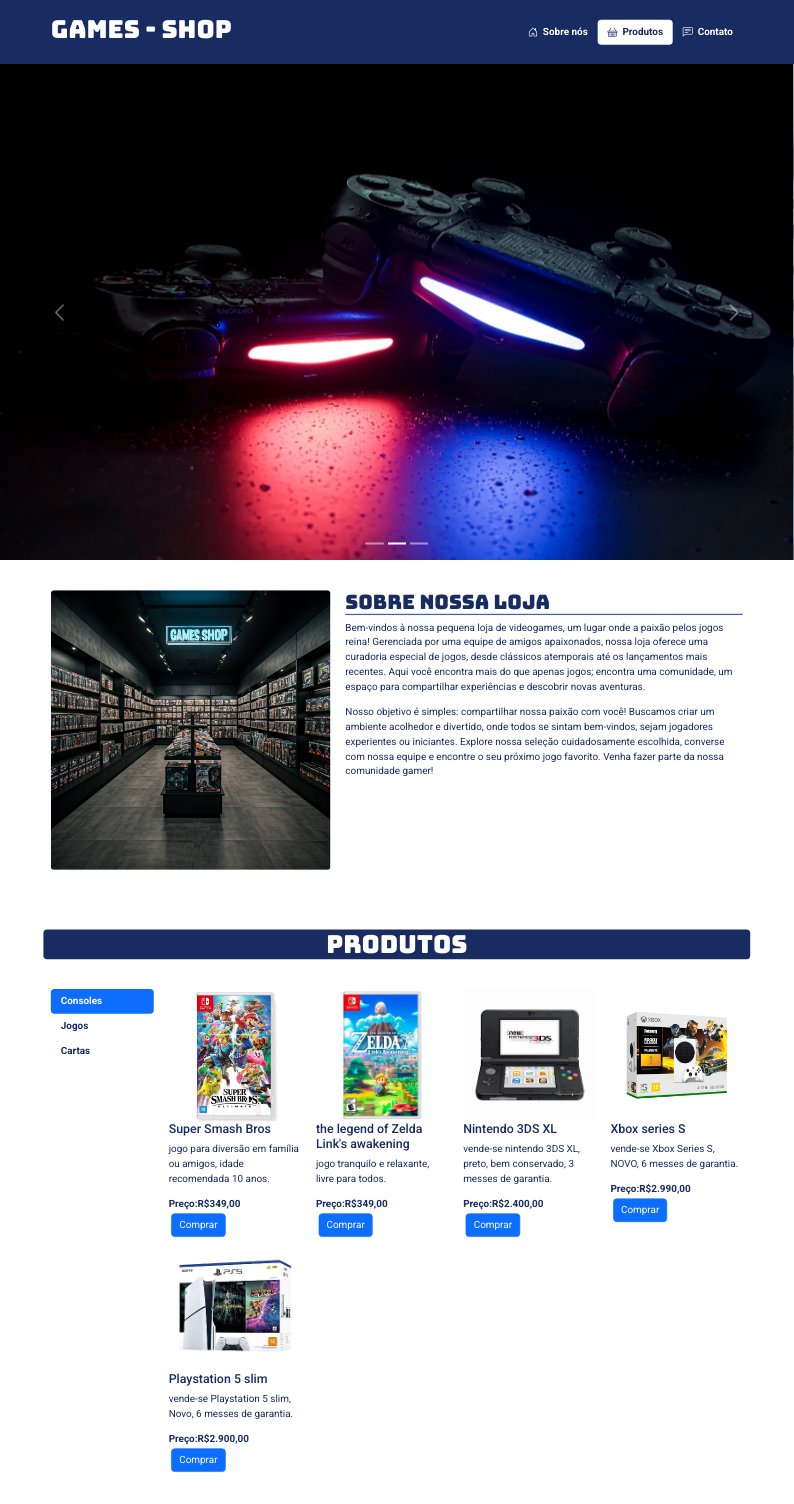
Repository: MatiasBrighent/GamesShop-Bootstrap
Page: index.html
The author's editor kept a copy of each file at every save. The page is drawn from the files as they stood at one save, then again after the next save.
The browser window is 1280 px wide. The pictures show the whole page, at 62% of full size.

Above is the page before, as saved 2025-06-20 15:37:40.

After the next save:
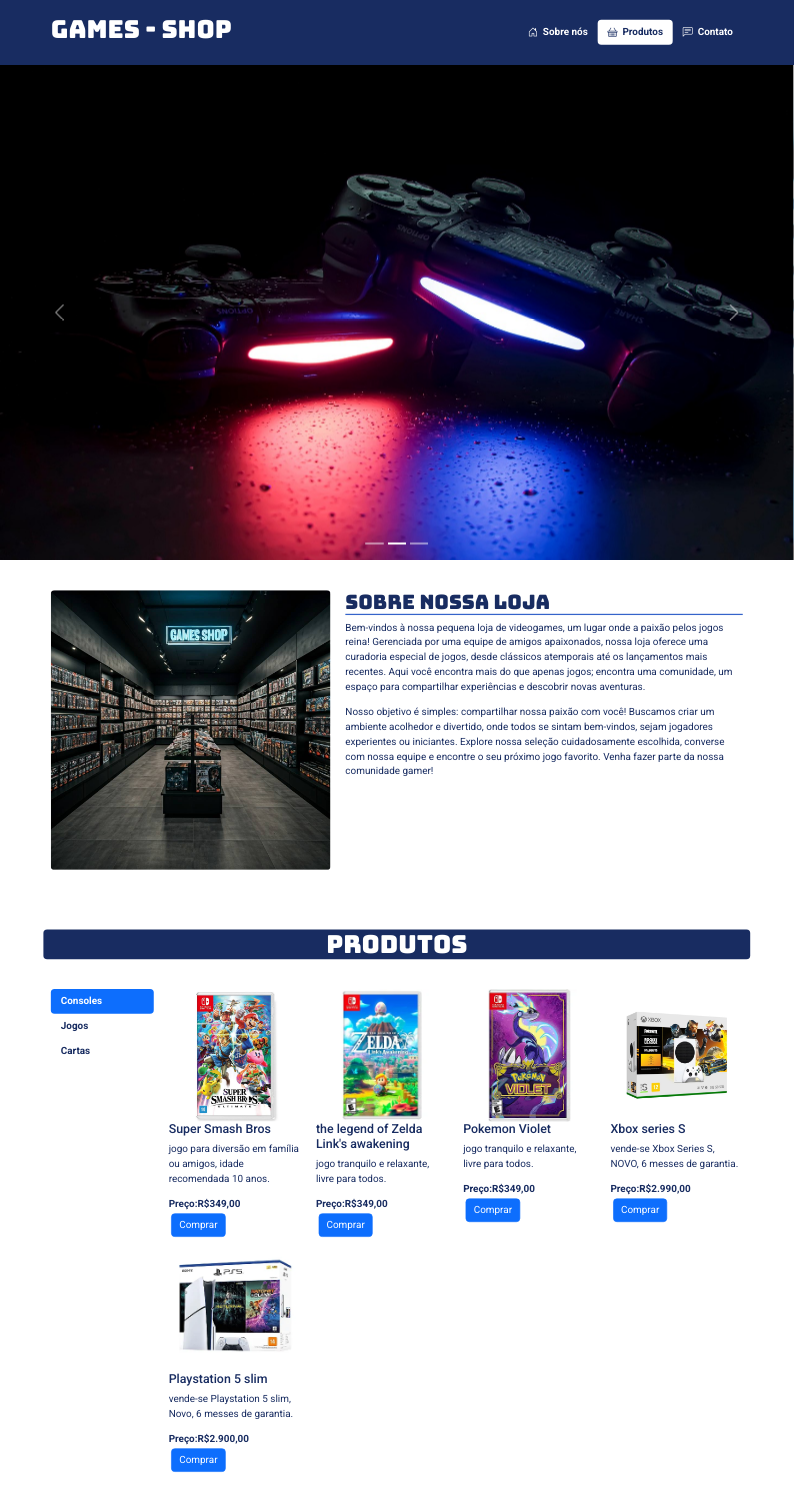
Saved 69 s later.
--- a/index.html
+++ b/index.html
@@ -185,12 +185,12 @@
                                         </div>
                                     </div>
                                     <div class="col-md-3 text-colored produto">
-                                        <img src="./images/produtos/consoles/3DS.webp" alt="Nintendo 3DS XL" class="img-fluid rounded">
-                                        <h5>Nintendo 3DS XL</h5>
-                                        <p>
-                                            vende-se nintendo 3DS XL, preto, bem conservado, 3 messes de garantia.
-                                        </p>
-                                        <strong>Preço:R$2.400,00</strong>
+                                        <img src="./images/produtos/jogos/pokemonviolet.webp" alt="Pokemon Violet" class="img-fluid rounded">
+                                        <h5>Pokemon Violet</h5>
+                                        <p>
+                                            jogo tranquilo e relaxante, livre para todos.
+                                        </p>
+                                        <strong>Preço:R$349,00</strong>
                                         <div class="">
                                             <button type="button" class="btn btn-primary m-1">Comprar</button>
                                         </div>
